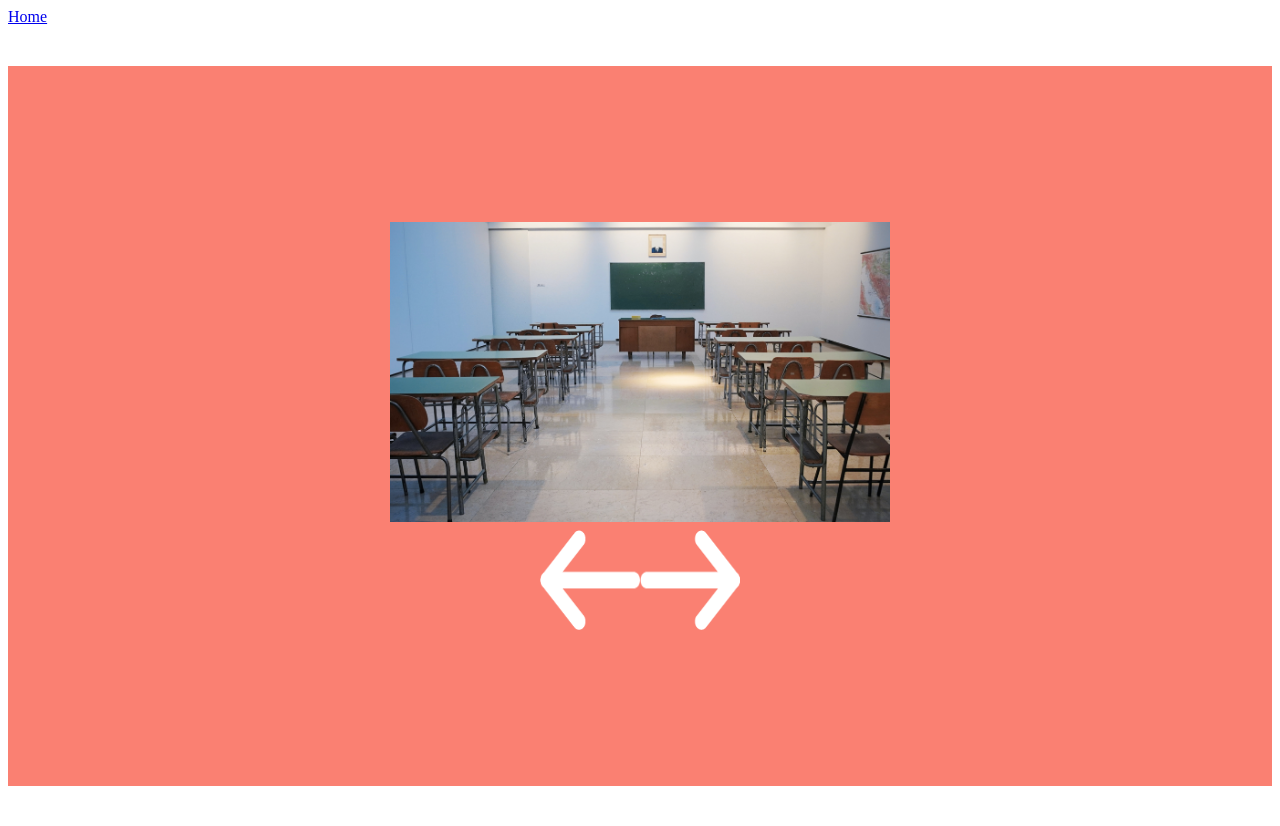
Repository: RonanKhalilOlaes/Class08
Page: /carouselPage
These files come from the project's save history. The page is drawn as it stood at one moment and after the next save; the edit follows.
The browser window is 1280 px wide. The pictures show the whole page.
The project was rebuilt for these pictures with package versions that can differ from the ones it lists, and the page was loaded fresh each time. The framework's server and built-in components were replaced by stand-ins that run in the browser. Also part of the build but not shown: next.config.js.

Above is the page before, as saved 2023-02-20 22:48:44.

After the next save:
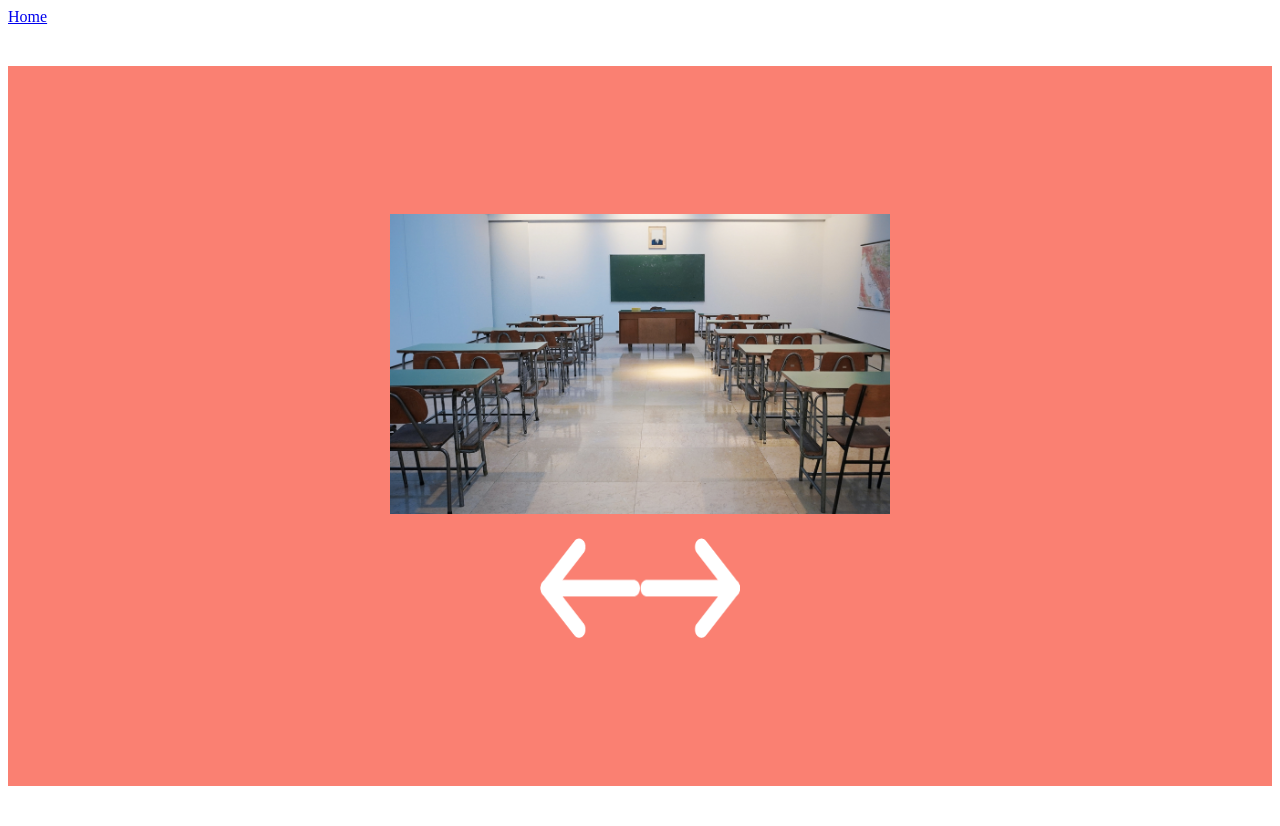
Saved 15 s later.
--- a/component/carousel/Carousel.module.css
+++ b/component/carousel/Carousel.module.css
@@ -15,4 +15,5 @@
 .arrow {
     display: flex;
     justify-content: center;
+    padding-top: 1em;
 }
